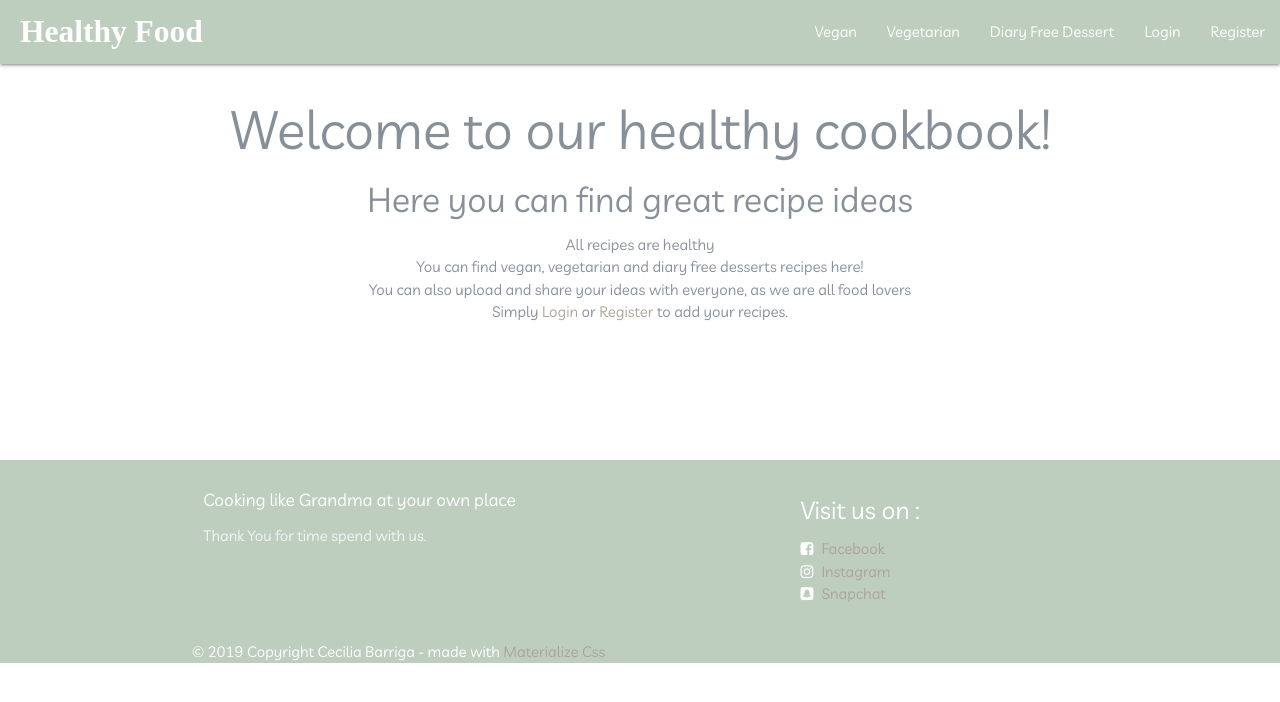
Repository: cesole/cookbook
Page: http://localhost/
The author's editor kept a record of every edit. The page is drawn from the files as they stood at one moment, then again after the next edit.
The browser window is 1280 px wide. The pictures show the whole page.
Some web fonts or font styles are not loaded; a fallback is used. The page is served by the project's application, run on Flask 3 (app.py).

Above is the page before.

After the next edit:
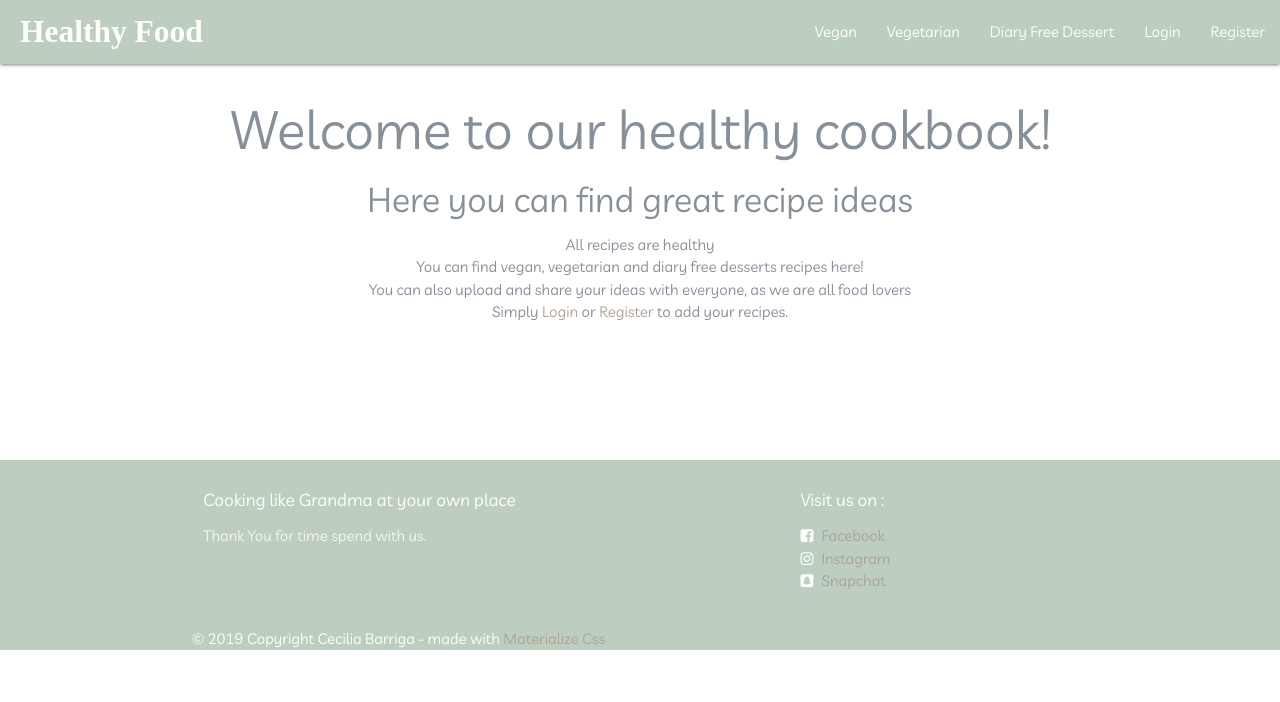
The edit:
--- a/templates/base.html
+++ b/templates/base.html
@@ -66,7 +66,7 @@
                     <p class="grey-text text-lighten-4">Thank You for time spend with us.</p>
                 </div>
                 <div class="col l4 offset-l2 s12">
-                    <h5 class="white-text">Visit us on :</h5>
+                    <h6 class="white-text">Visit us on :</h6>
                     <ul>
                         <li><i class="fa fa-facebook-square"></i><a class="social-media" href="https://www.facebook.com/" target="_blank">Facebook</a></li>
                         <li><i class="fa fa-instagram"></i><a class="social-media" href="https://www.instagram.com/" target="_blank">Instagram</a></li>
